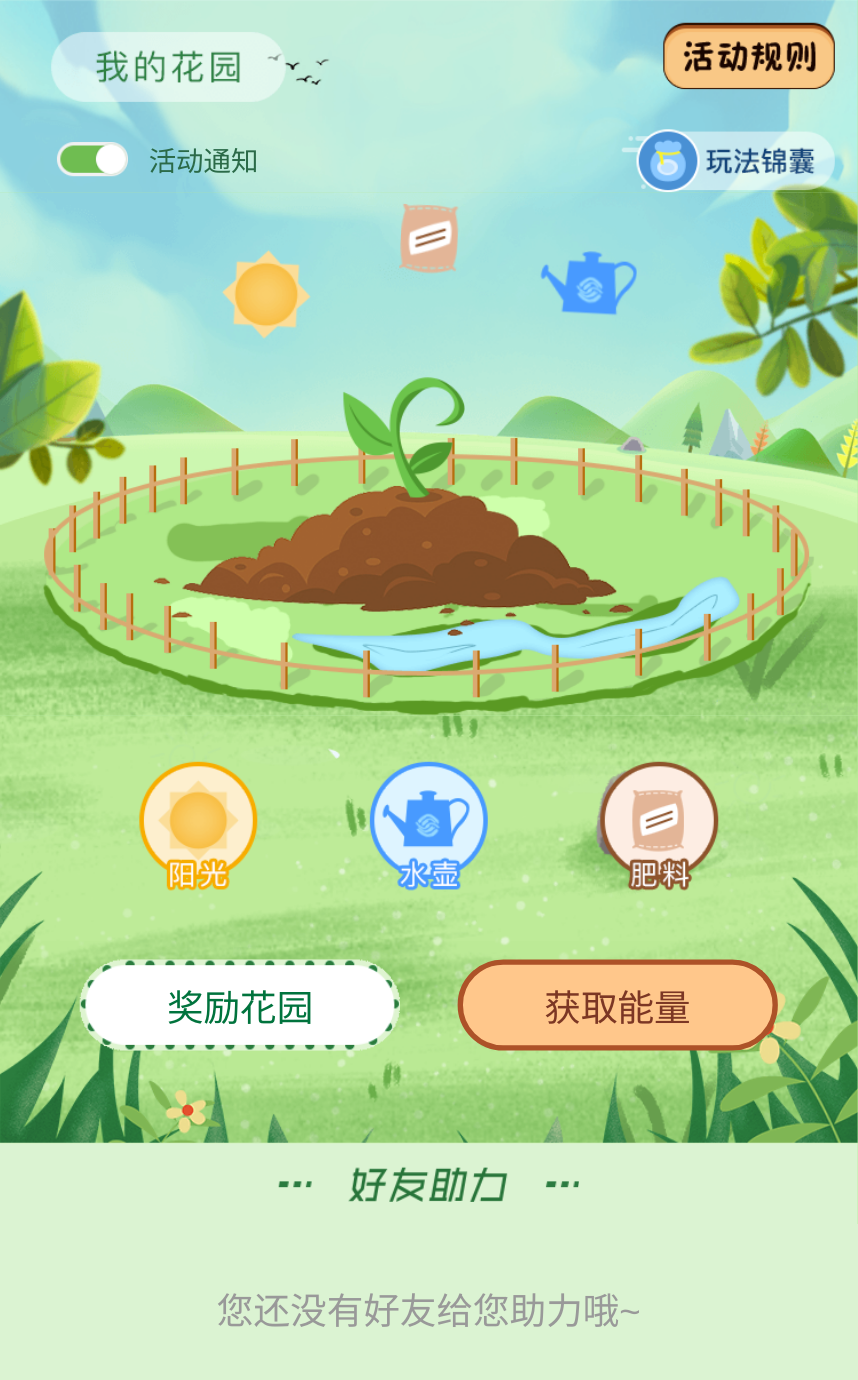
Repository: wangbiaozy/zh
Page: index.html
An editor plug-in stored every save of this project. The page is shown before and after the next save, followed by the edit.
The browser window is 1280 px wide. The pictures show the whole page, at 67% of full size.

Above is the page before, as saved 2019-03-18 20:40:10.
Console error: TypeError: Cannot read properties of undefined (reading 'style')

### index.html
<!DOCTYPE html>
<html lang="en">

<head>
    <meta charset="UTF-8">
    <meta name="viewport" content="width=device-width, initial-scale=1.0, maximum-scale=1.0, minimum-scale=1.0, user-scalable=no, viewport-fit=cover">
    <meta http-equiv="X-UA-Compatible" content="ie=edge">
    <title>北京移动</title>
    <link rel="stylesheet" href="css/reset.min.css">
    <link rel="stylesheet/less" href="css/styles.less">
    <link rel="stylesheet" href="css/animation.css">
    <script src="js/less-1.7.0.min.js"></script>
    <script src="js/jquery-1.10.1.min.js"></script>
    <script src="js/imgLoader.js"></script>
    <script>
        imgLoader([
            'images/bottom_bg.png',
            'images/btn_fri.png',
            'images/btn_jn.png',
            'images/btn_look.png',
            'images/btn_nothing.png',
            'images/con_bg.png',
            'images/default.jpg',
            'images/erweima_bg_01.png',
            'images/erweima_bg_02.png',
            'images/erweima.jpg',
            'images/feiliao.png',
            'images/fl.png',
            'images/flower_0.png',
            'images/flower_1.png',
            'images/flower_2.png',
            'images/flower_3.png',
            'images/flower_4.png',
            'images/flower_5.png',
            'images/flower_6.png',
            'images/flower_end_1.png',
            'images/flower_end_2.png',
            'images/flower_end_3.png',
            'images/flower_end_4.png',
            'images/flower_end_5.png',
            'images/flower_end_6.png',
            'images/flower_fir.png',
            'images/flower_sec.png',
            'images/flower_tc_1.png',
            'images/flower_tc_2.png',
            'images/flower_tc_3.png',
            'images/flower_tc_4.png',
            'images/flower_tc_5.png',
            'images/flower_tc_6.png',
            'images/flower.png',
            'images/fri_default.png',
            'images/fri_fl.png',
            'images/fri_sh.png',
            'images/fri_tc.png',
            'images/fri_text_box.png',
            'images/fri_yg.png',
            'images/gift_list.png',
            'images/gift_title.png',
            'images/main_bg_01.png',
            'images/main_bg_02.png',
            'images/main_bg_03.png',
            'images/main_flower.png',
            'images/mess_off.png',
            'images/mess_on.png',
            'images/mess_tc.png',
            'images/method_bg_01.png',
            'images/method_bg_02.png',
            'images/method_bg_03.png',
            'images/method_bg_04.png',
            'images/method_bg_05.png',
            'images/rule_box.png',
            'images/rule_btn.png',
            'images/sh.png',
            'images/share.png',
            'images/shou.png',
            'images/shuihu.png',
            'images/start_btn.png',
            'images/sun.png',
            'images/tc_0_bg.png',
            'images/tc_2_bg.png',
            'images/tc_banner.png',
            'images/tc_firbg.png',
            'images/title_hy.png',
            'images/top_bg_01.png',
            'images/top_bg_02.png',
            'images/yg.png',
            'images/zhongzi.png'
        ], function (percentage) {
            var percentT = percentage * 100;
            $('.loader_info').html('Loading ' + (parseInt(percentT)) + '%');
            $('.loader_progress')[0].style.width = percentT + '%';
            if (percentage == 1) {
                /* $('.loader').remove();
                $('.home').show(); */
            }
        });
    </script>
</head>
<body>
    <!--loading-->
    <!-- <section class="loader">
        <div class="loader_info"></div>
        <div>
            <div class="loader_progress"></div>
        </div>
    </section> -->
    <!-- 首页 -->
    <section id="home" class="home">
        <div>
            <a href="javascript: void(0)" class="rule-btn"></a>
        </div>
        <div>
            <div></div>
        </div>
        <div>
            <a href="javascript: void(0)" id="start-btn"></a>
            <div>
                <p id="countDown"><i>倒计时：</i><span>7</span>天<span>00</span>时<span>00</span>分<span>00</span>秒</p>
            </div>
            <p>4月8日-4月14日&nbsp;&nbsp;&nbsp;&nbsp;活动将于4月14日结束，务必到期前领取</p>
        </div>
    </section>
    <!-- 活动规则页 -->
    <section id="rule" class="rule">
        <div>
            <div></div>
            <div>
                <ul>
                    <li>
                        <h3>一 活动时间：</h3>
                        <p>即日起——4月14日</p>
                        <h3>二 活动介绍：</h3>
                        <p>活动期间，用户通过北京移动微信公众号，可参与“天天种花得流量”活动。用户每天可获得一颗种子，通过添加物料（水、阳光、肥料），完成种植，收获花朵并获得对应流量奖品。</p>
                        <p>获取物料方法：</p>
                        <p>1、用户首次参与活动可领取水、阳光、肥料各1份。</p>
                        <p>2、分享活动给好友，邀请其助力赠送，可获得更多物料。（好友助力次数不限，但为同一用户仅可助力一次。）</p>
                        <h3>三 奖品规则：</h3>
                        <p>活动奖品包含：100MB、200MB、500MB、1GB、2GB、3GB全国流量，及部分免费业务体验资格、优惠业务办理资格。</p>
                        <p>（一）流量奖品</p>
                        <p>1.流量档位包括100MB、200MB、500MB、1GB、2GB、3GB全国流量；</p>
                        <p>2.奖品将于领取后15日内，自动充入用户的微信关注绑定手机号，流量自充入日起生效，有效期至本月月末；</p>
                        <p>3.活动赠送套外国内流量，优先级低于主套餐、可选包、短促包、定向流量包等，赠送流量无法共享，不可结转；</p>
                        <p>4.处于保留期、保号期、挂失、申停、欠停、转品牌过渡期的手机号；物联网卡、4G超级日租卡套餐、神州行开心听、语音套餐卡、神州行B标准资费基本策划等特殊资费用户无法领取赠送流量；</p>
                        <p>5.赠送流量每月仅可领取100次，超出上限不可领取；</p>
                        <p>6.北京移动用户抽中流量奖品后，自动充入关注绑定账户。非北京移动用户抽中流量奖品后可以转赠给北京移动手机号码。</p>
                        <p>（二）其它奖品</p>
                        <p>规则详见各奖品办理页面</p>
                        <p>温馨提示：</p>
                        <p>1、活动将于4月14日结束，请您务必于活动结束前完成领奖，逾期视为自动放弃奖品。</p>
                        <p>2、活动页面内可手动关闭活动提醒。如不关闭，默认每天发放服务通知，提醒用户活动状态已更新。</p>
                    </li>
                </ul>
                <a href="javascript:void(0)">确定</a>
            </div>
        </div>
        <div></div>
    </section>
    <!-- 主页 -->
    <section id="main" class="main">
        <div>
            <a href="javascript:void(0)" class="rule-btn"></a>
            <a href="javascript:void(0)" class="method-btn"></a>
            <div>
                <a href="javascript:void(0)"></a>
                <p>活动通知</p>
            </div>
        </div>
        <div>
            <div>
                <div class="cq"></div>
                <ul>
                    <li class="a-ring"></li>
                    <li class="a-ring"></li>
                    <li class="a-ring"></li>
                </ul>
            </div>
        </div>
        <div>
            <ul>
                <li>
                    <span>3</span>
                </li>
                <li>
                    <span>3</span>
                </li>
                <li>
                    <span>3</span>
                </li>
            </ul>
            <ul>
                <li>奖励花园</li>
                <li>获取能量</li>
            </ul>
        </div>
        <div>
            <h3></h3>
            <ul>
                <p>您还没有好友给您助力哦~</p>
                <!-- <li>
                    <div>
                        <img src="./images/fri_default.png" alt="">
                    </div>
                    <p>胖子胖子胖子胖子</p>
                    <p>帮忙增加了<span>肥料</span></p>
                    <p>3月1日</p>
                </li> -->
            </ul>
        </div>
    </section>
    <!-- 玩法锦囊页 -->
    <section id="method" class="method">
        <div></div>
        <div></div>
        <div></div>
        <div></div>
        <div></div>
        <a href="javascript: void(0)">确定</a>
    </section>
    <!-- 我的奖励花园页 -->
    <section id="gift" class="gift">
        <div>
            <div>
                <div></div>
                <ul>
                    <li>
                        <img src="./images/flower_0.png" alt="">
                        <a href="javascript: void(0)"></a>
                    </li>
                    <li>
                        <img src="./images/flower_0.png" alt="">
                        <a href="javascript: void(0)"></a>
                    </li>
                    <li>
                        <img src="./images/flower_0.png" alt="">
                        <a href="javascript: void(0)"></a>
                    </li>
                    <li>
                        <img src="./images/flower_0.png" alt="">
                        <a href="javascript: void(0)"></a>
                    </li>
                    <li>
                        <img src="./images/flower_0.png" alt="">
                        <a href="javascript: void(0)"></a>
                    </li>
                    <li>
                        <img src="./images/flower_0.png" alt="">
                        <a href="javascript: void(0)"></a>
                    </li>
                    <li>
                        <img src="./images/flower_0.png" alt="">
                        <a href="javascript: void(0)"></a>
                    </li>
                </ul>
                <div></div>
                <a href="javascript: void(0)">返回</a>
            </div>
        </div>
        <div></div>
    </section>
    <!-- 二维码页 -->
    <section id="code" class="code">
        <div>
            <div>
                <div>
                    <p>亲爱的用户<br>天天种花得流量活动邀你参加<br>天天有惊喜哦~</p>
                </div>
                <div>
                    <div>
                        <img src="./images/erweima.jpg" alt="">
                    </div>
                </div>
            </div>
        </div>
        <div></div>
    </section>
    <!-- 添加物料弹窗 -->
    <section class="model addModel message-model">
        <div>
            <p>您已成功为种子<br><span>添加了阳光</span><br>种子已进入<span>成熟</span>期<br>快来看看吧</p>
        </div>
        <a href="javascript: void(0)">确定</a>
    </section>
    <!-- 发送好友弹窗 -->
    <section class="model to-friend message-model">
        <div>
            <p>您需要积攒能量<br>才能种出神秘花朵<br>还有抽大奖的机会哦<br>快请好友帮忙吧</p>
        </div>
        <a href="javascript:void(0)">发送好友</a>
    </section>
    <!-- 开始 种子弹窗 -->
    <section class="model tc-0">
        <div>
            <p>恭喜您已经播种了<br>一颗神秘种子<br>快去养育TA～</p>
            <div></div>
            <p>看看可以收获什么花吧！！</p>
            <p>送您阳光、水壶、肥料各一份</p>
        </div>
        <a href="javascript:void(0)">确定</a>
    </section>
    <!-- 本网获得流量弹窗 -->
    <section class="model tc-1">
        <div>
            <p>恭喜您的手机号</p>
            <p>15910943650</p>
            <p>收货了<span>雏菊</span>（价值<span>500MB</span>）</p>
            <img src="./images/flower_tc_1.png" alt="">
            <p>流量将于7日内到账</p>
            <p>有效期至本月月末</p>
            <a href=""></a>
        </div>
        <a href="javascript:void(0)">确定</a>
    </section>
    <!-- 异网流量弹窗 1-->
    <section class="model tc-2">
        <div>
            <p>恭喜您的手机号</p>
            <p>13612341234</p>
            <p>收获了<span>雏菊</span>（价值<span>500MB</span>）</p>
            <img src="./images/flower_tc_1.png" alt="">
            <p>您可以转赠到北京移动号码内</p>
            <p>（流量仅可在活动期间内进行转赠）</p>
        </div>
        <div>
            <a href="javascript:void(0)">取消</a>
            <a href="javascript:void(0)">转赠</a>
        </div>
    </section>
    <!-- 异网流量弹窗 2 -->
    <section class="model tc-3">
        <div>
            <p>请输入好友北京移动手机号码</p>
            <div>
                <p>手机号码</p>
                <input id="inputTel" type="number" pattern="[0-9]*" oninput="if(value.length>11)value=value.slice(0,11)">
            </div>
            <p>（流量仅可在活动期间进行转赠）</p>
        </div>
        <a href="javascript:void(0)">确定</a>
    </section>
     <!-- 异网流量弹窗 3 -->
    <section class="model tc-4">
        <div>
            <p>信息确认</p>
            <p>您是否将</p>
            <p><span>500MB</span>全国流量</p>
            <p>转赠到手机号码</p>
            <p>13612341234</p>
            <p>账户中</p>
            <p>点击确认后信息将不可更改</p>
        </div>
        <div>
            <a href="javascript:void(0)">修改</a>
            <a href="javascript:void(0)">确认</a>
        </div>
    </section>
    <!-- 异网流量弹窗 4 -->
    <section class="model tc-5">
        <div>
            <p>您已将</p>
            <p><span>500MB</span>全国流量</p>
            <p>转赠到手机号码</p>
            <p>15910011111</p>
            <p>账户中</p>
            <p>流量将于15日内到账</p>
            <p>有效期至本月月末</p>
            <p>（流量到账后，立即生效）</p>
            <a href=""></a>
        </div>
        <a href="javascript:void(0)">确定</a>
    </section>
    <!-- 分享浮层 -->
    <section class="share">
        <div>
            <span></span>
        </div>
    </section>
    <!-- 遮罩层 -->
    <section class="mask" id="mask"></section>
</body>
</html>
<script src="js/index.js"></script>

### css/reset.min.css
@charset "utf-8";
/*默认样式清除和初始化*/
body,h1,h2,h3,h4,h5,h6,hr,p,blockquote,dl,dt,dd,ul,ol,li,button,input,textarea,th,td{margin:0;padding:0}body{font-size:12px;font-style:normal;font-family:"\5FAE\8F6F\96C5\9ED1",Helvetica,sans-serif}small{font-size:12px}h1{font-size:18px}h2{font-size:16px}h3{font-size:14px}h4,h5,h6{font-size:100%}ul,ol{list-style:none}a{text-decoration:none;background-color:transparent}a:hover,a:active{outline-width:0;text-decoration:none}table{border-collapse:collapse;border-spacing:0}hr{border:0;height:1px}img{border-style:none}img:not([src]){display:none}svg:not(:root){overflow:hidden}html{-webkit-touch-callout:none;-webkit-text-size-adjust:100%}input,textarea,button,a{-webkit-tap-highlight-color:rgba(0,0,0,0)}article,aside,details,figcaption,figure,footer,header,main,menu,nav,section,summary{display:block}audio,canvas,progress,video{display:inline-block}audio:not([controls]),video:not([controls]){display:none;height:0}progress{vertical-align:baseline}mark{background-color:#ff0;color:#000}sub,sup{position:relative;font-size:75%;line-height:0;vertical-align:baseline}sub{bottom:-0.25em}sup{top:-0.5em}button,input,select,textarea{font-size:100%;outline:0}button,input{overflow:visible}button,select{text-transform:none}textarea{overflow:auto}button,html [type="button"],[type="reset"],[type="submit"]{-webkit-appearance:button}button::-moz-focus-inner,[type="button"]::-moz-focus-inner,[type="reset"]::-moz-focus-inner,[type="submit"]::-moz-focus-inner{border-style:none;padding:0}button:-moz-focusring,[type="button"]:-moz-focusring,[type="reset"]:-moz-focusring,[type="submit"]:-moz-focusring{outline:1px dotted ButtonText}[type="checkbox"],[type="radio"]{box-sizing:border-box;padding:0}[type="number"]::-webkit-inner-spin-button,[type="number"]::-webkit-outer-spin-button{height:auto}[type="search"]{-webkit-appearance:textfield;outline-offset:-2px}[type="search"]::-webkit-search-cancel-button,[type="search"]::-webkit-search-decoration{-webkit-appearance:none}::-webkit-input-placeholder{color:inherit;opacity:.54}::-webkit-file-upload-button{-webkit-appearance:button;font:inherit}.clear:after{display:block;height:0;content:"";clear:both}
*{ -webkit-tap-highlight-color: rgba(0,0,0,0);-webkit-tap-highlight-color: transparent; /* For some Androids */ }

Loaded but not shown: js/less-1.7.0.min.js (library); js/jquery-1.10.1.min.js (library); js/index.js (497 lines, source omitted); js/imgLoader.js (49 lines, source omitted); css/animation.css (2744 lines, source omitted)

After the next save:
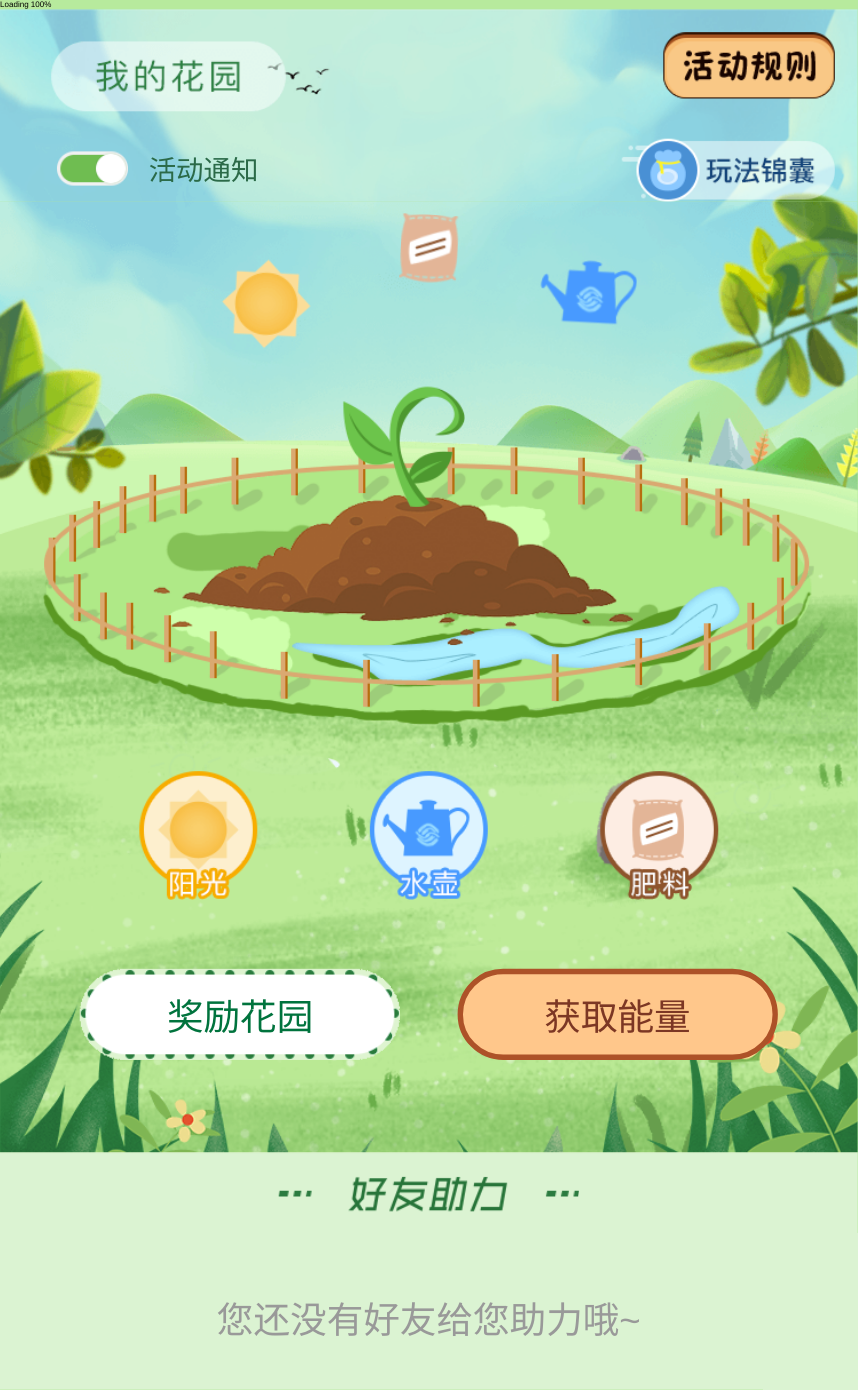
The error is gone.
Saved 6 s later.
--- a/index.html
+++ b/index.html
@@ -98,12 +98,12 @@
 </head>
 <body>
     <!--loading-->
-    <!-- <section class="loader">
+    <section class="loader">
         <div class="loader_info"></div>
         <div>
             <div class="loader_progress"></div>
         </div>
-    </section> -->
+    </section>
     <!-- 首页 -->
     <section id="home" class="home">
         <div>
